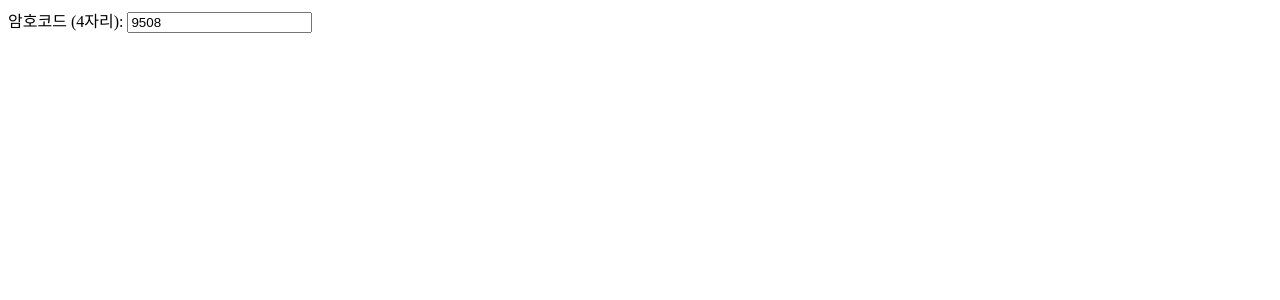
Repository: kimkeng/BackendClass
Page: example/src/main/webapp/js09.html
These files come from the project's save history. The page is drawn as it stood at one moment and after the next save; the edit follows.
The browser window is 1280 px wide. The pictures show the whole page.

Above is the page before, as saved 2023-08-21 04:04:10.

### example/src/main/webapp/js09.html
<!DOCTYPE html>
<html>
<head>
<meta charset="UTF-8">
<title>랜덤(기초) random</title>
<!--
	실수 < 유리수,무리수 < 정수

	실수 : 소수점
	유리수 : 0.1, -0.25, -1, +1
	무리수 : 파이(3.14....)
	정수 : -1, +1
	음의정수 : -1
	양의정수 : +1
	Math.ceil : 올림
	Math.round : 반올림
	Math.floor : 버림
-->
</head>
<body>
암호코드 (4자리): <input type="text" id="num"> <br><br>
<div class="box"></div>
</body>
<style>
	.box{

	}
</style>
<script>
	//var no = Math.ceil(Math.random() * 10); //1~10 (소수점 무조건 올림)
	//var no = Math.floor(Math.random() * 10); //0~9 (소수점 무조건 절삭)
	//var no = Math.round(Math.random() * 10); //0~10 (0.5이상의 소수점 무조건 반올림)
	var sc = "";
	for(var f=1; f<=4;f++){
		sc += Math.floor(Math.random() * 10);
	}
	document.getElementById("num").value = sc;

</script>
</html>

After the next save:
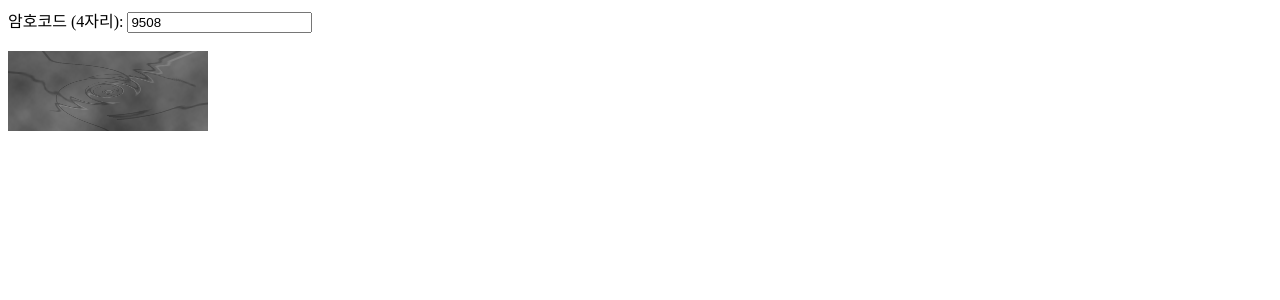
Saved 61 s later.
--- a/example/src/main/webapp/js09.html
+++ b/example/src/main/webapp/js09.html
@@ -23,7 +23,9 @@
 </body>
 <style>
 	.box{
-
+		width:200px;
+		height:80px;
+		background-image:url("./security_back.png") ;
 	}
 </style>
 <script>
